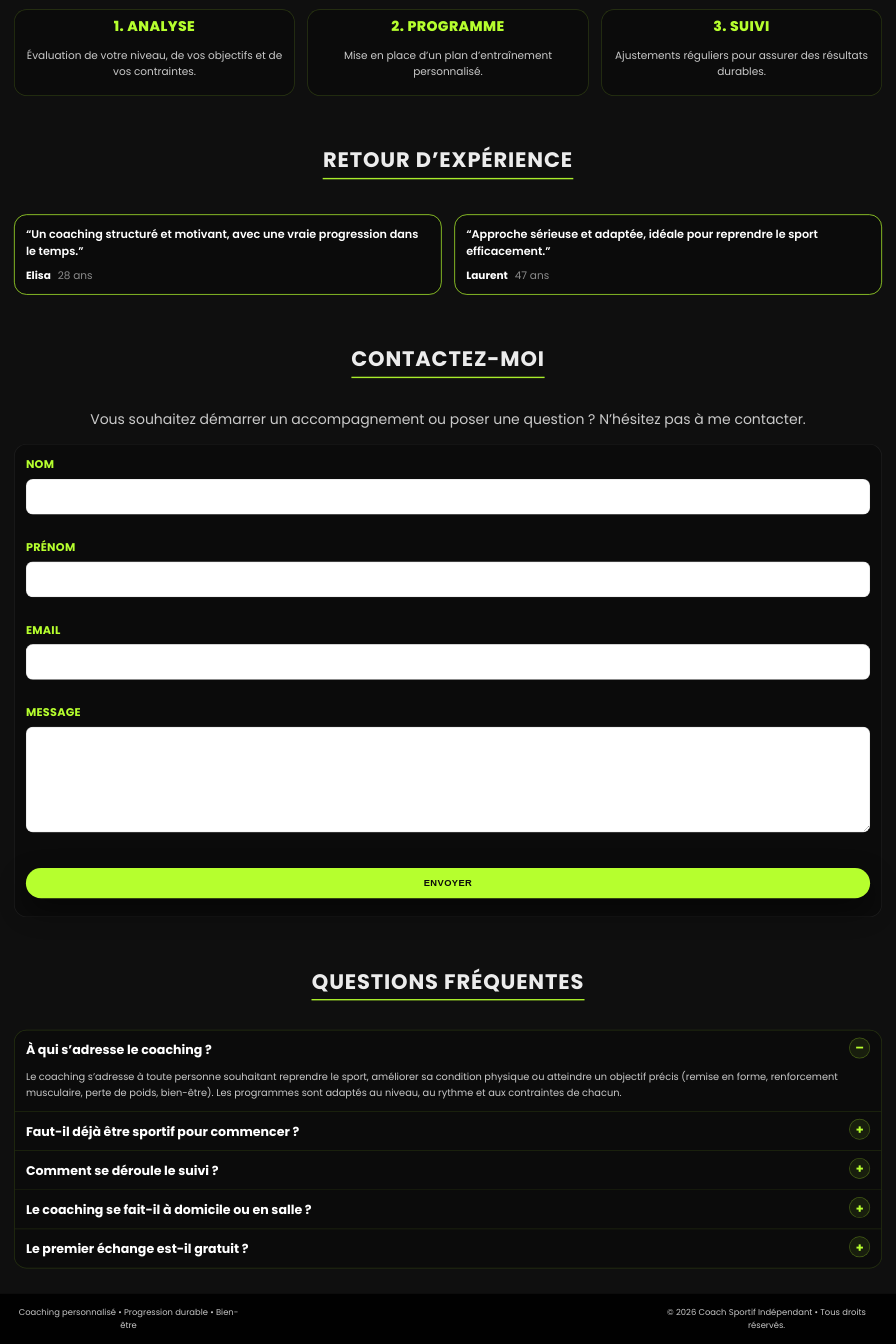
Repository: ThomasHdrd/CoachFitness
Page: index.html
An editor plug-in stored every save of this project. The page is shown before and after the next save, followed by the edit.
The browser window is 1280 px wide. The pictures show the part of the page from y = 1193 to 3113 px (the page is 3113 px tall before and 3095 px after), at 70% of full size.

Above is the page before, as saved 2026-01-21 10:00:20.

After the next save:
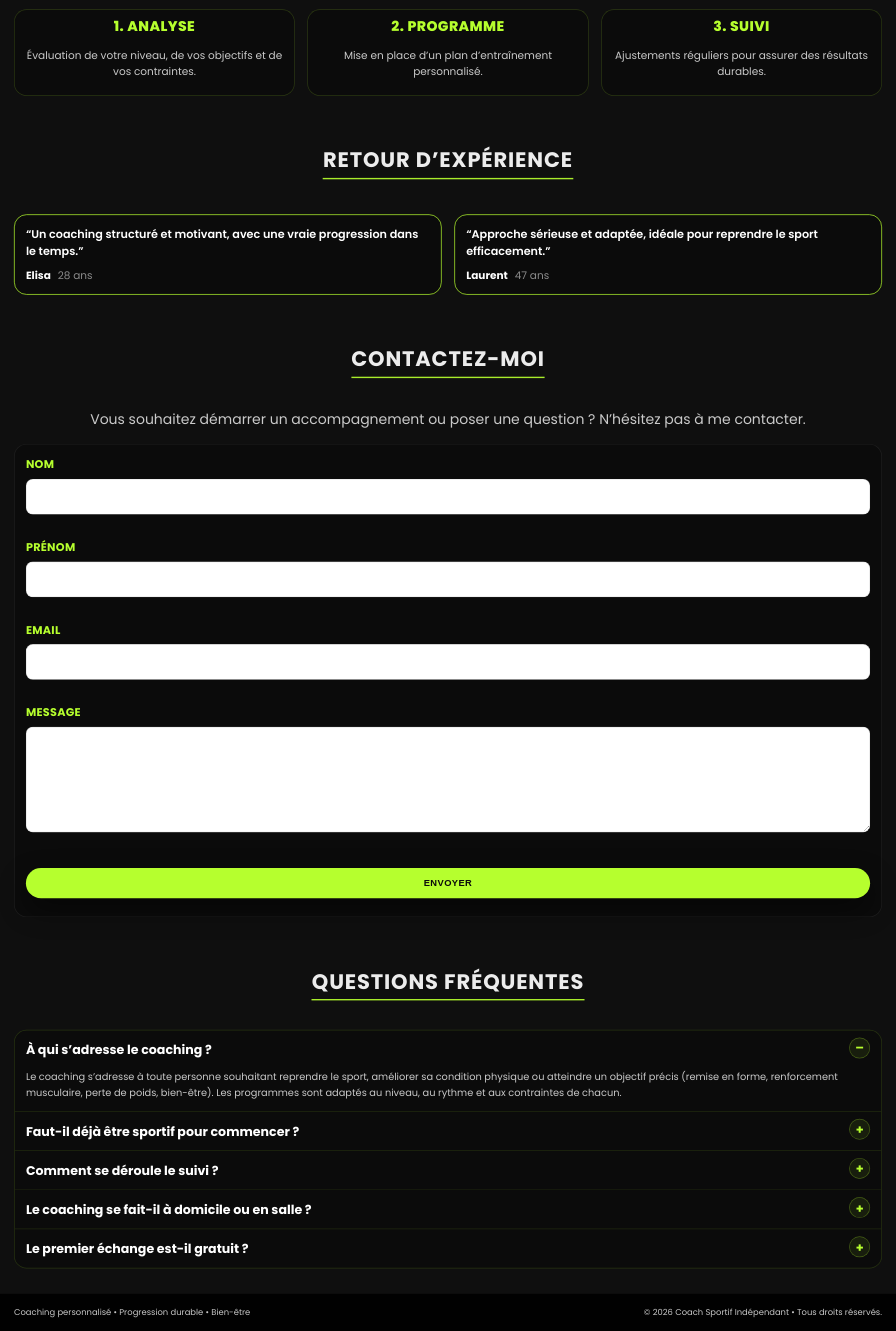
Saved 73 s later.
--- a/styles.css
+++ b/styles.css
@@ -480,9 +480,8 @@
 .footer-inner{
   text-align:center;
   display:flex;
-  justify-content: center;
+  justify-content: space-between;
   align-items: center;
-  gap: 47%;
 }
 .footer-tag, .footer-copy{
   margin:0;
